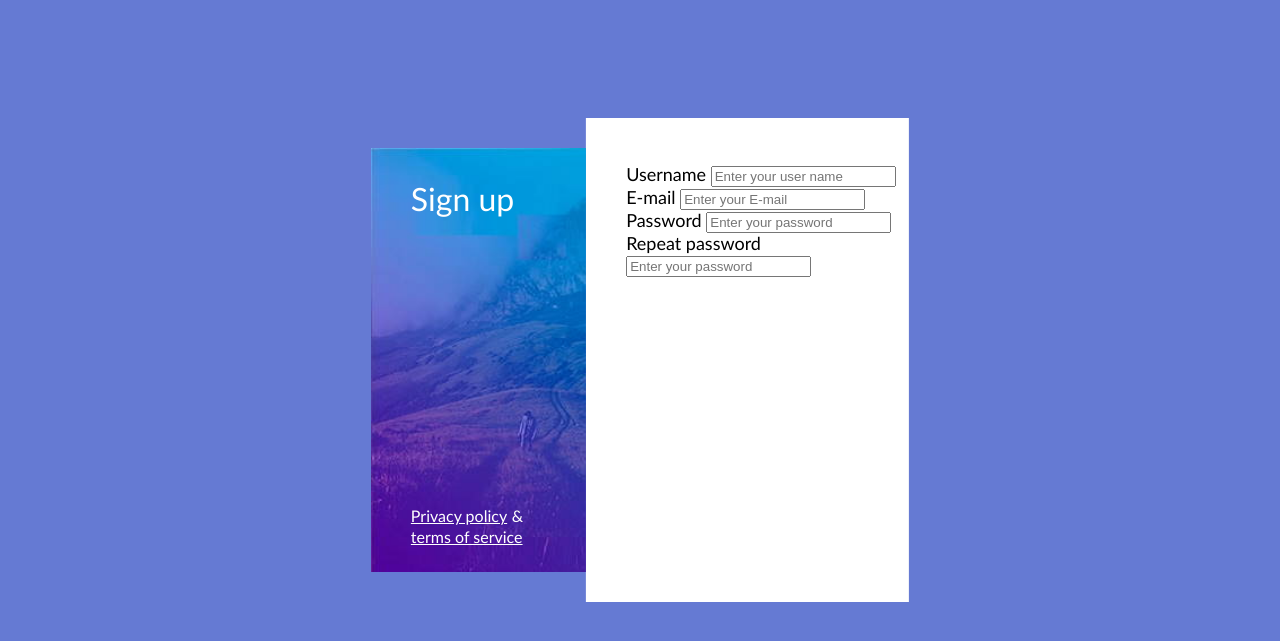
Repository: motiejus1/11-paskaita-adobexd-registracija
Page: index.html
These files come from the project's save history. The page is drawn as it stood at one moment and after the next save; the edit follows.
The browser window is 1280 px wide. The pictures show the whole page.

Above is the page before, as saved 2021-06-17 19:57:06.

After the next save:
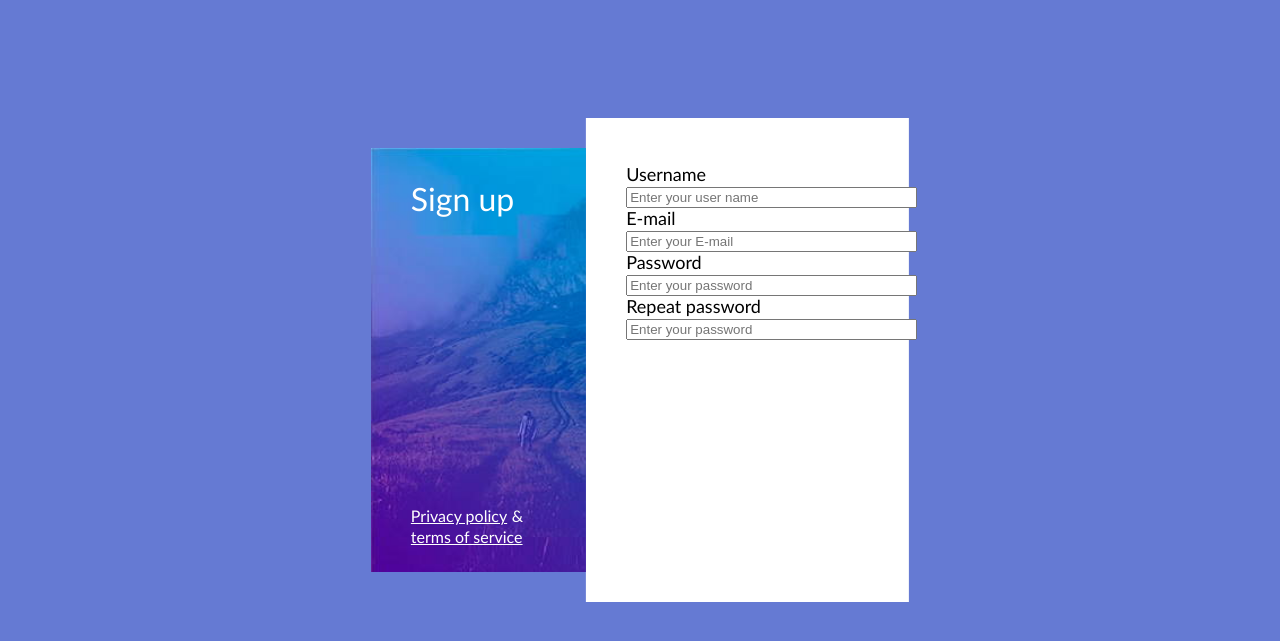
Saved 2 min 6 s later.
--- a/index.html
+++ b/index.html
@@ -83,6 +83,10 @@
             padding-top: 2.5556rem;
         }
 
+        input {
+            width: 100%;
+        }
+
     </style>
 
 </head>
